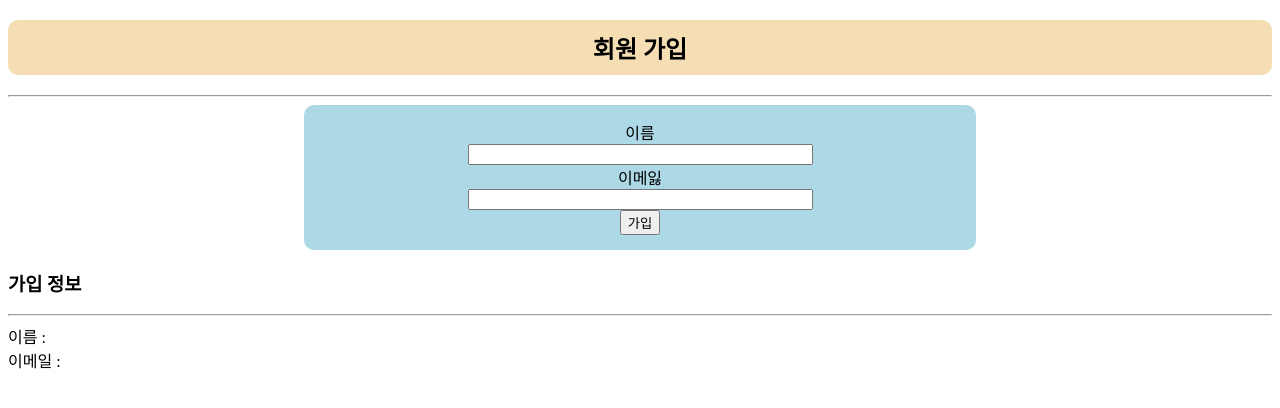
Repository: ineble/demo1
Page: test/src/main/webapp/ch03/regfrom.html
The author's editor kept a copy of each file at every save. The page is drawn from the files as they stood at one save, then again after the next save.
The browser window is 1280 px wide. The pictures show the whole page.

Above is the page before, as saved 2022-08-02 15:15:51.
Console error: TypeError: Cannot read properties of null (reading 'style')

After the next save:
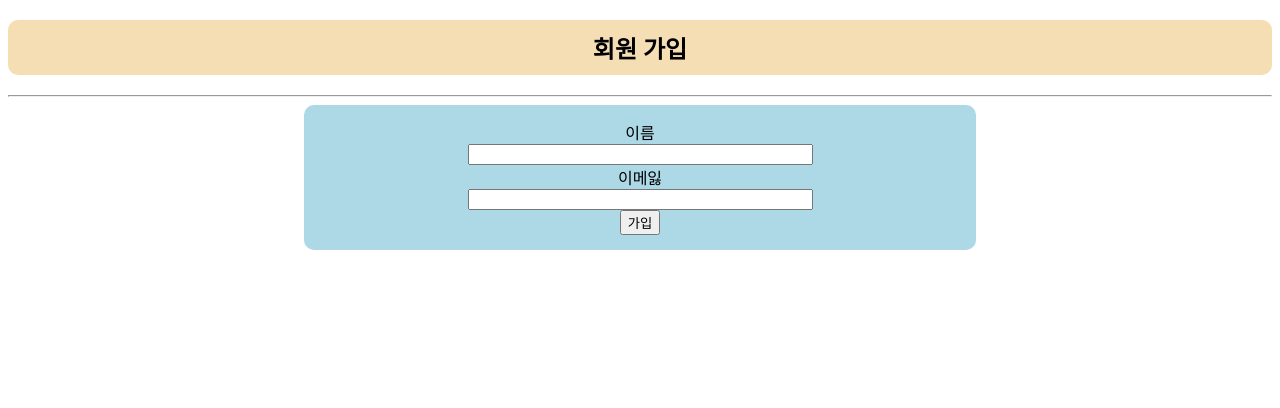
Saved 21 s later.
--- a/test/src/main/webapp/ch03/regfrom.html
+++ b/test/src/main/webapp/ch03/regfrom.html
@@ -53,7 +53,7 @@ function signUp(){
 	이메일 : <span id="remail"></span> <br>
 	</div>
 	<script type="text/javascript">
-	document.getElementByID("result").style.display = 'none';
+	document.getElementById("result").style.display = 'none';
 	</script>
 </body>
 </html>
